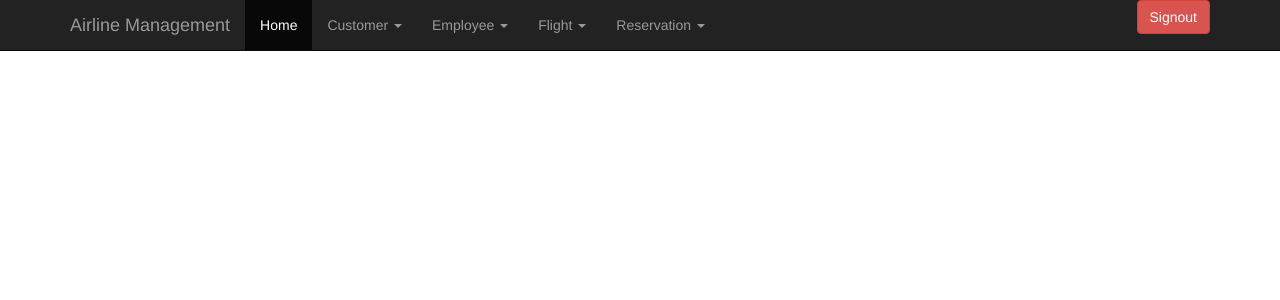
Repository: harshadrane89/CMPE273-WebService-AirlineManagement
Page: http://localhost/AirlineManagementSystemClient/TwitterGUI/Navbar.jsp
These files come from the project's save history. The page is drawn as it stood at one moment and after the next save; the edit follows.
The browser window is 1280 px wide. The pictures show the whole page.
Some web libraries are served in a nearby version. The page is served by Tomcat 9. Other server files are loaded and not shown.

Above is the page before, as saved 2013-12-09 00:55:53.

### 273_Project_Tomcat/AirlineManagementSystemClient/WebContent/TwitterGUI/Navbar.jsp
<%@ page language="java" contentType="text/html; charset=ISO-8859-1"
	pageEncoding="ISO-8859-1"%>
<!DOCTYPE html PUBLIC "-//W3C//DTD HTML 4.01 Transitional//EN" "http://www.w3.org/TR/html4/loose.dtd">
<html>
<head>
<meta http-equiv="Content-Type" content="text/html; charset=ISO-8859-1">
<link href="../css/bootstrap.css" rel="stylesheet" media="screen">



</head>
<body>

	<form action="../Navigator" method="post">
		<div class="navbar navbar-inverse navbar-fixed-top" role="navigation">
			<div class="container">
				<div class="navbar-header">
					<button type="button" class="navbar-toggle" data-toggle="collapse"
						data-target=".navbar-collapse">
						<span class="sr-only">Toggle navigation</span> <span
							class="icon-bar"></span> <span class="icon-bar"></span> <span
							class="icon-bar"></span>
					</button>
					<a class="navbar-brand" href="#">Airline Management</a>
				</div>
				<div class="navbar-collapse collapse">
					<ul class="nav navbar-nav">
						<li class="active"><a href="#">Home</a></li>
						<li class="dropdown"><a href="#" class="dropdown-toggle"
							data-toggle="dropdown">Customer <b class="caret"></b></a>
							<ul class="dropdown-menu">
								<li><input type="submit" value="Create New Customer"
									name="1" class="btn btn-link"></li>
								<li><input type="submit" value="Search Customer" name="2"
									class="btn btn-link"></li>

							</ul></li>
						<li class="dropdown"><a href="#" class="dropdown-toggle"
							data-toggle="dropdown">Employee <b class="caret"></b></a>
							<ul class="dropdown-menu">
								<li><input type="submit" value="Create New Employee"
									name="3" class="btn btn-link"></li>
								<li><input type="submit" value="Search Employee" name="4"
									class="btn btn-link"></li>
							</ul></li>
						<li class="dropdown"><a href="#" class="dropdown-toggle"
							data-toggle="dropdown">Flight <b class="caret"></b></a>
							<ul class="dropdown-menu">
								<li><input type="submit" value="Create Flight" name="5"
									class="btn btn-link"></li>
								<li><input type="submit" value="Search Flight" name="6"
									class="btn btn-link"></li>

							</ul></li>

						<li class="dropdown"><a href="#" class="dropdown-toggle"
							data-toggle="dropdown">Reservation <b class="caret"></b></a>
							<ul class="dropdown-menu">
								<li><input type="submit" value="New Reservation" name="8"
									class="btn btn-link"></li>
								<li><input type="submit" value="All Reservations" name="7"
									class="btn btn-link"></li>

							</ul></li>


					</ul>
					<ul class="nav navbar-nav navbar-right">
    					<li><input type="submit" value="Signout"  class="btn btn-danger"></li>
          </ul>
				</div>
				<!--/.nav-collapse -->
			</div>
		</div>
	</form>
	<script src="https://code.jquery.com/jquery-1.10.2.min.js"></script>
	<script src="../js/bootstrap.min.js"></script>

</body>
</html>

Loaded but not shown: 273_Project_Tomcat/AirlineManagementSystemClient/WebContent/css/bootstrap.css (library); 273_Project_Tomcat/AirlineManagementSystemClient/WebContent/js/bootstrap.min.js (library)

After the next save:
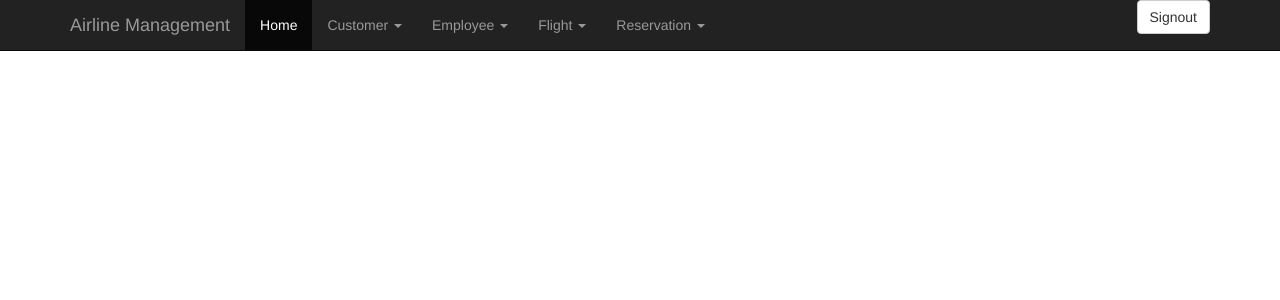
Saved 15 s later.
--- a/273_Project_Tomcat/AirlineManagementSystemClient/WebContent/TwitterGUI/Navbar.jsp
+++ b/273_Project_Tomcat/AirlineManagementSystemClient/WebContent/TwitterGUI/Navbar.jsp
@@ -66,7 +66,7 @@
 
 					</ul>
 					<ul class="nav navbar-nav navbar-right">
-    					<li><input type="submit" value="Signout"  class="btn btn-danger"></li>
+    					<li><input type="submit" value="Signout"  class="btn btn-default"></li>
           </ul>
 				</div>
 				<!--/.nav-collapse -->
